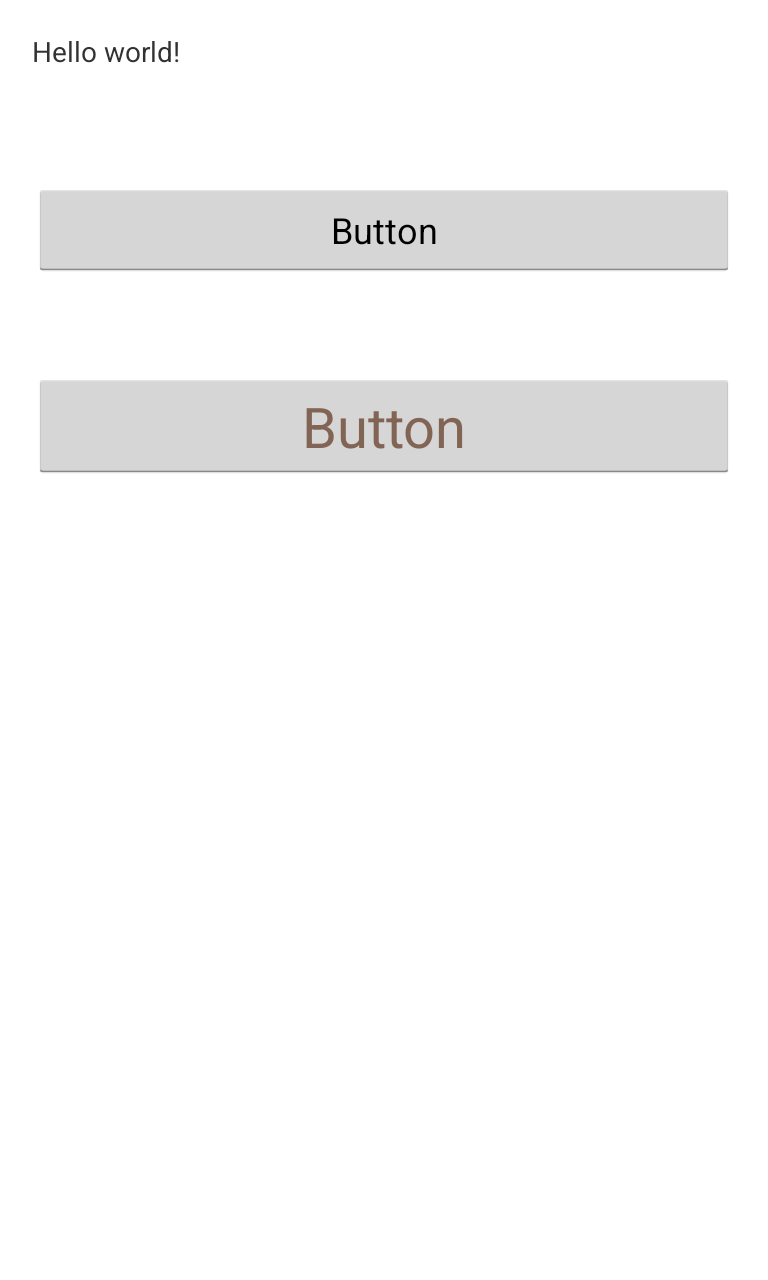
Repository: treizeor/android-examples
Layout: Ch003ThemeAndStyle/res/layout/fragment_main.xml
An editor plug-in stored every save of this project. The layout is shown before and after the next save, followed by the edit.
It is drawn on a 768 x 1280 px phone screen (xhdpi) without system bars, with theme AppTheme; the app's code is not run.

Above is the layout before, as saved 2014-06-02 11:18:18.

### Ch003ThemeAndStyle/res/layout/fragment_main.xml
<RelativeLayout xmlns:android="http://schemas.android.com/apk/res/android"
    xmlns:tools="http://schemas.android.com/tools"
    android:layout_width="match_parent"
    android:layout_height="match_parent"
    android:paddingBottom="@dimen/activity_vertical_margin"
    android:paddingLeft="@dimen/activity_horizontal_margin"
    android:paddingRight="@dimen/activity_horizontal_margin"
    android:paddingTop="@dimen/activity_vertical_margin"
    tools:context="com.example.ch003themeandstyle.MainActivity$PlaceholderFragment" >

    <TextView
        android:id="@+id/textView1"
        android:layout_width="wrap_content"
        android:layout_height="wrap_content"
        android:text="@string/hello_world" />

    <Button
        android:id="@+id/button1"
        style="@style/BaseStyle"
        android:layout_alignLeft="@+id/textView1"
        android:layout_below="@+id/textView1"
        android:layout_marginTop="56dp"
        android:text="Button" />

    <Button
        android:id="@+id/button2"
        style="@style/BtnStyle"
        android:layout_alignRight="@+id/button1"
        android:layout_below="@+id/button1"
        android:layout_marginTop="47dp"
        android:text="Button" />

</RelativeLayout>

### Ch003ThemeAndStyle/res/values/styles.xml
<resources xmlns:android="http://schemas.android.com/apk/res/android">

    <!--
        Base application theme, dependent on API level. This theme is replaced
        by AppBaseTheme from res/values-vXX/styles.xml on newer devices.
    -->
    <style name="AppBaseTheme" parent="android:Theme.Light">
        <!--
            Theme customizations available in newer API levels can go in
            res/values-vXX/styles.xml, while customizations related to
            backward-compatibility can go here.
        -->
    </style>

    <!-- Application theme. -->
    <style name="AppTheme" parent="AppBaseTheme">
        <!-- All customizations that are NOT specific to a particular API-level can go here. -->
        <item name="android:windowNoTitle">true</item>

    </style>

    <style name="BaseStyle">
        <item name="android:layout_width">fill_parent</item>
        <item name="android:layout_height">wrap_content</item>
    </style>

    <style name="BtnStyle" parent="@style/BaseStyle">
        <item name="android:textColor">#826455</item>
        <item name="android:textSize">28dp</item>
    </style>

</resources>

### Ch003ThemeAndStyle/res/values/strings.xml
<?xml version="1.0" encoding="utf-8"?>
<resources>

    <string name="app_name">Ch003ThemeAndStyle</string>
    <string name="hello_world">Hello world!</string>
    <string name="action_settings">Settings</string>

</resources>

Loaded but not shown: Ch003ThemeAndStyle/res/values-v11/styles.xml (common file); Ch003ThemeAndStyle/res/values-v14/styles.xml (common file); Ch003ThemeAndStyle/res/values/dimens.xml (common file); Ch003ThemeAndStyle/res/values-w820dp/dimens.xml (common file)

After the next save:
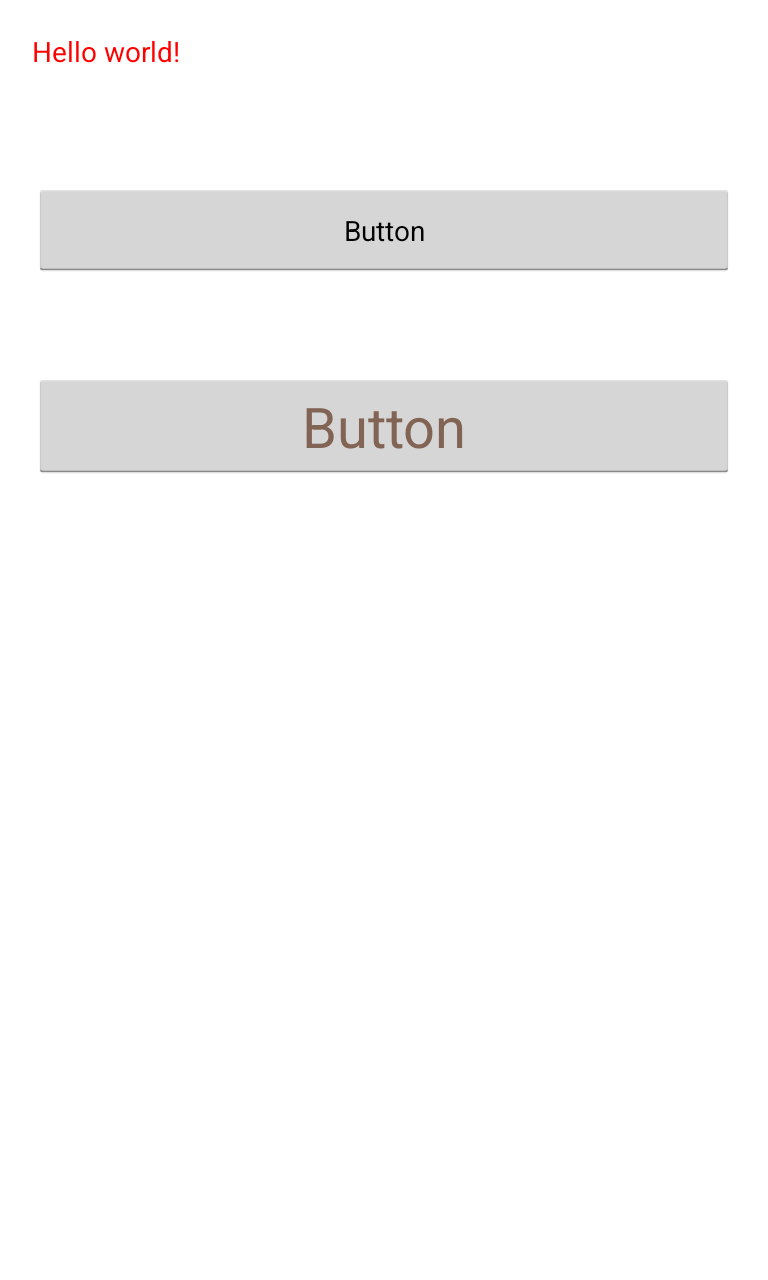
Saved 2 min 53 s later.
--- a/Ch003ThemeAndStyle/res/values/styles.xml
+++ b/Ch003ThemeAndStyle/res/values/styles.xml
@@ -16,7 +16,8 @@
     <style name="AppTheme" parent="AppBaseTheme">
         <!-- All customizations that are NOT specific to a particular API-level can go here. -->
         <item name="android:windowNoTitle">true</item>
-
+        <item name="android:textSize">14sp</item>
+        <item name="android:textColor">#FFFF0000</item>
     </style>
 
     <style name="BaseStyle">
